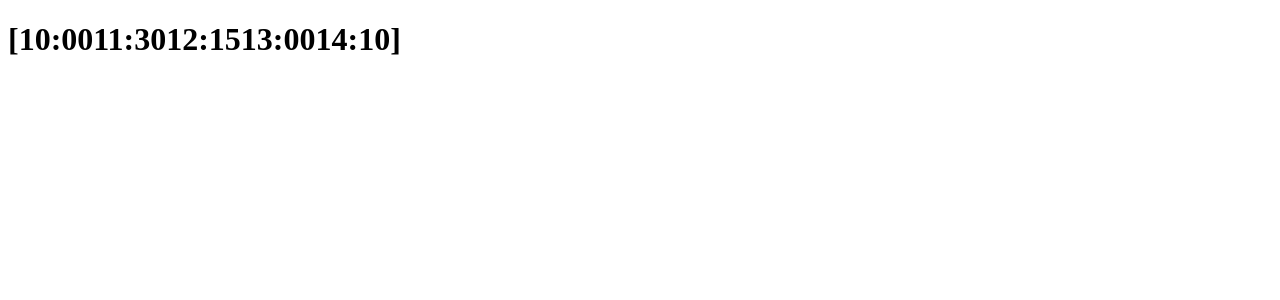
Repository: tsydikov/react_test_task_part2
Page: /
The author's editor kept a copy of each file at every save. The page is drawn from the files as they stood at one save, then again after the next save.
The browser window is 1280 px wide. The pictures show the whole page.
The project was rebuilt for these pictures with package versions that can differ from the ones it lists, and the page was loaded fresh each time.

Above is the page before, as saved 2021-09-02 01:42:16.

### public/index.html
<!DOCTYPE html>
<html lang="en">
  <head>
    <meta charset="utf-8" />
    <meta name="viewport" content="width=device-width, initial-scale=1" />
    <meta
      name="description"
      content="Web site created using create-react-app"
    />
    <title>Task part 2</title>
  </head>
  <body>
    <div id="root"></div>

  </body>
</html>

### src/App.js
import React, { useEffect, useState } from 'react'
import GetFetchData from './API/GetFetchData';

function App() {
  const [workingIntervals,setWorkingIntervals] = useState([])
  useEffect(()=>{
    calck()
  },[])
  //   async function getFetchData() {
  //     const data = await GetFetchData.get()
  //     // console.log(data)
  // }
  const data = {
    "start": "10:00",
    "appointments": [
      {
        "start": "10:45",
        "duration": 45
      },
      {
        "start": "13:50",
        "duration": 20
      }
    ],
    "end": "15:00"
  }
  // функция для перевода строчных значений в числовые
  function stringToArray(time) {
    let StringToArray = [
      Number(time.slice(0, time.indexOf(':'))),
      Number(time.slice(time.indexOf(':') + 1, time.length))
    ]
    return StringToArray;
  }
  const calck = () => {
    let workingIntervals = [data.start]
    let appointments = []
    let startWork = stringToArray(data.start)
    let endWork = stringToArray(data.end)
    for (let i = 0; i < data.appointments.length; i++) {
      appointments.push(stringToArray(data.appointments[i].start))
    }
    let numberOfAppointment = 0
     // начинаем перебирать значения времени с шагом 45 минут
    for (let i = startWork[1]; startWork[0] < endWork[0]; i = i + 45) {
      // проверка наличия совещания
      let diference = Math.abs(Math.abs(startWork[0]-appointments[numberOfAppointment][0])* 60 + (appointments[numberOfAppointment][1] - startWork[1]))
      if (diference<= 90) {
        startWork[0]=appointments[numberOfAppointment][0]
        i=appointments[numberOfAppointment][1]
        i=i+data.appointments[numberOfAppointment].duration
        if (numberOfAppointment<(data.appointments.length-1)) {numberOfAppointment=numberOfAppointment+1}
      }
      // перебор масива
      if (i >= 60) {
        i = i - 60
        startWork[0] = startWork[0] + 1
        startWork[1] = i
      } else {
        startWork[1] = i
      }
      if (startWork[0] >= endWork[0] || (((endWork[0] - startWork[0]) === 1 )&& ((60-i)<45))) {
        console.log(workingIntervals)
        return setWorkingIntervals(workingIntervals);
      }
      // наращивание масива результатов
      if (startWork[1] === 0) {
        workingIntervals.push(startWork[0] + ':' + '00')
      } else {
        workingIntervals.push(startWork[0] + ':' + startWork[1])
      }
    }
  }
  return (
    <div className="App">
      <h1>[{workingIntervals.map(interval =>
        interval, )}]</h1>
    </div>
  );
}

export default App;

### src/API/GetFetchData.js
import { URL } from "./config"


export default class GetFetchData {
    static async get() {
        try {
            const response = await fetch(URL, {
                method: 'GET',
                credentials: 'omit',
                headers: {
                    Authorization: 'Bearer token',
                    'Content-Type': 'application/json'
                },
                referrerPolicy: 'no-referrer'
            })
            console.log(response)
            const data = await response.json()

            return data
        } catch (e) {
            console.log(e)
        }
    }
}

### src/API/config.js
export const URL = 'https://www.dropbox.com/s/18qqozhh34rbzxl/doctorsSchedule.json?dl=0'

Loaded but not shown: src/index.js (common file)

After the next save:
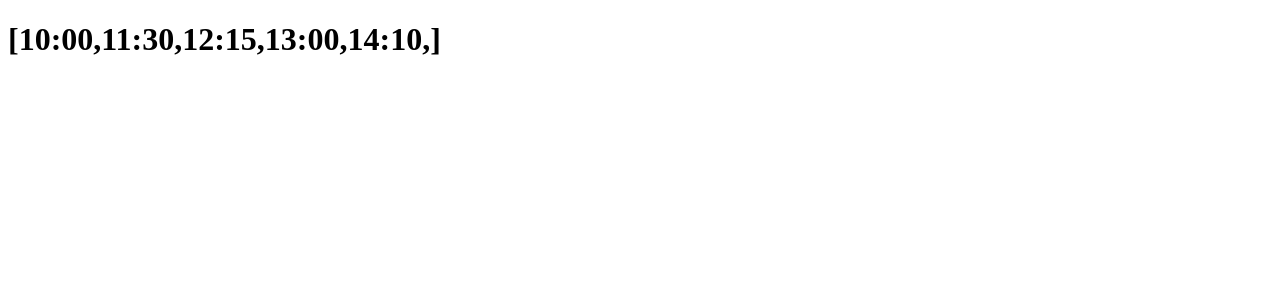
Saved 16 s later.
--- a/src/App.js
+++ b/src/App.js
@@ -74,7 +74,7 @@ function App() {
   return (
     <div className="App">
       <h1>[{workingIntervals.map(interval =>
-        interval, )}]</h1>
+        interval+',' )}]</h1>
     </div>
   );
 }
